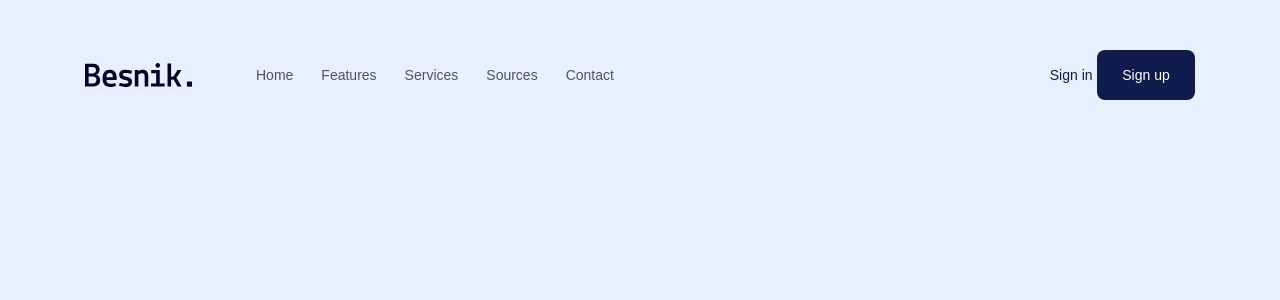
Repository: Daidoichihuy/project-01
Page: index.html
These files come from the project's save history. The page is drawn as it stood at one moment and after the next save; the edit follows.
The browser window is 1280 px wide. The pictures show the whole page.

Above is the page before, as saved 2024-04-28 10:43:16.

After the next save:
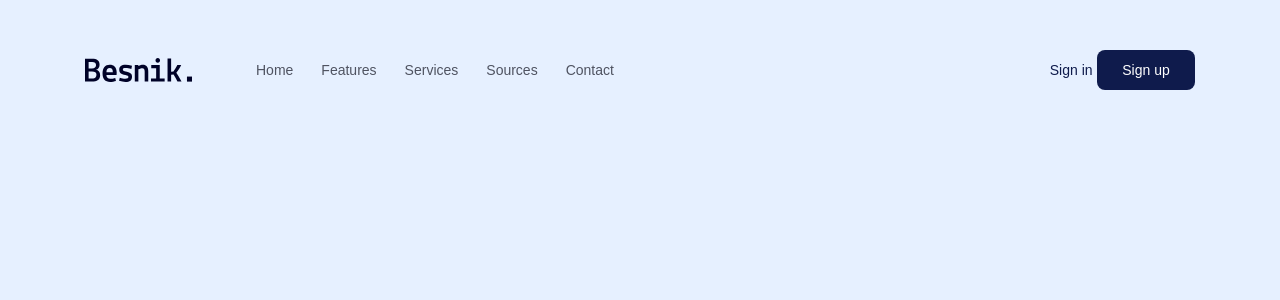
Saved 2 min 29 s later.
--- a/assets/css/style.css
+++ b/assets/css/style.css
@@ -25,7 +25,7 @@
 .btn {
   display: inline-block;
   min-width: 98px;
-  padding: 18px 16px;
+  padding: 13px 16px;
   border-radius: 8px;
   background: #0f1b4c;
   color: #fff;

After the save that followed:
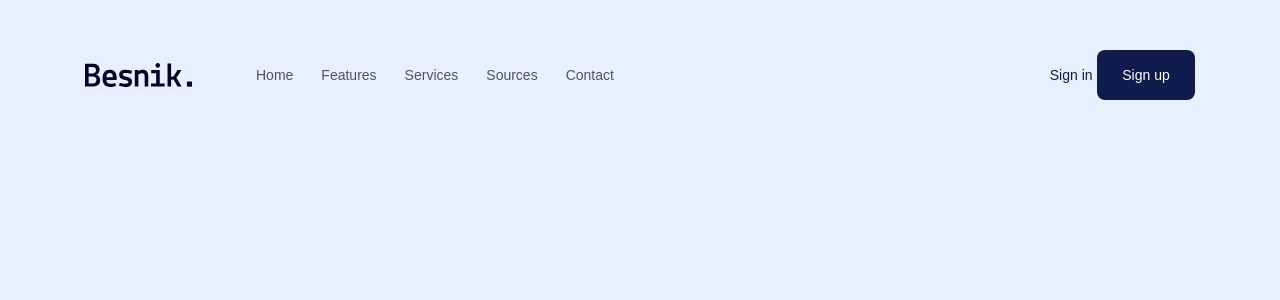
Saved 119 s later.
--- a/assets/css/style.css
+++ b/assets/css/style.css
@@ -25,7 +25,7 @@
 .btn {
   display: inline-block;
   min-width: 98px;
-  padding: 13px 16px;
+  padding: 18px 16px;
   border-radius: 8px;
   background: #0f1b4c;
   color: #fff;
